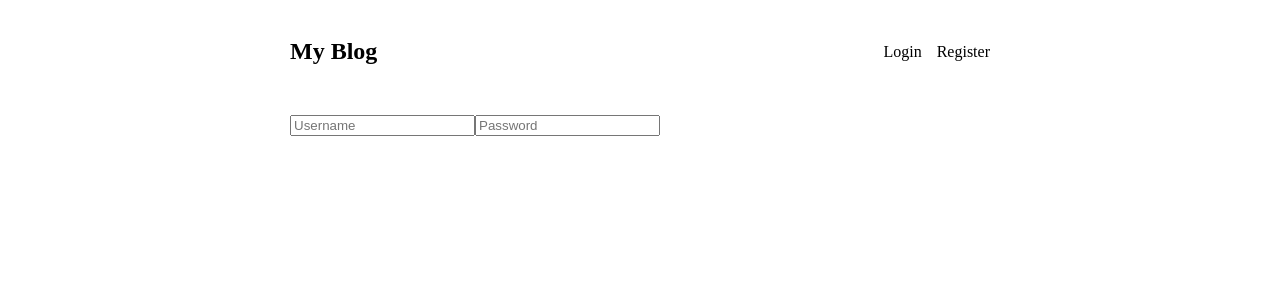
Repository: AtenaHatta/blog-app
Page: /login (app in client/vite-project/)
An editor plug-in stored every save of this project. The page is shown before and after the next save, followed by the edit.
The browser window is 1280 px wide. The pictures show the whole page.
The project was rebuilt for these pictures with package versions that can differ from the ones it lists, and the page was loaded fresh each time. Also part of the build but not shown: client/vite-project/src/Post.jsx, client/vite-project/src/pages/IndexPage.jsx, client/vite-project/src/pages/Register.jsx, client/vite-project/src/index.css.

Above is the page before, as saved 2023-05-23 22:45:02.

After the next save:
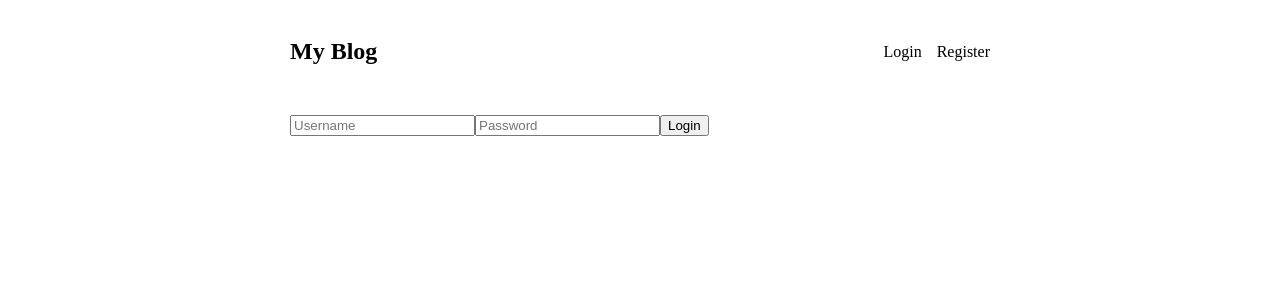
Saved 16 s later.
--- a/client/vite-project/src/pages/LoginPage.jsx
+++ b/client/vite-project/src/pages/LoginPage.jsx
@@ -4,6 +4,7 @@ export default function LoginPage() {
             <form action=''>
                 <input type="text" placeholder="Username" />
                 <input type="password" placeholder="Password" />
+                <button>Login</button>
             </form>
         </div>
     )
